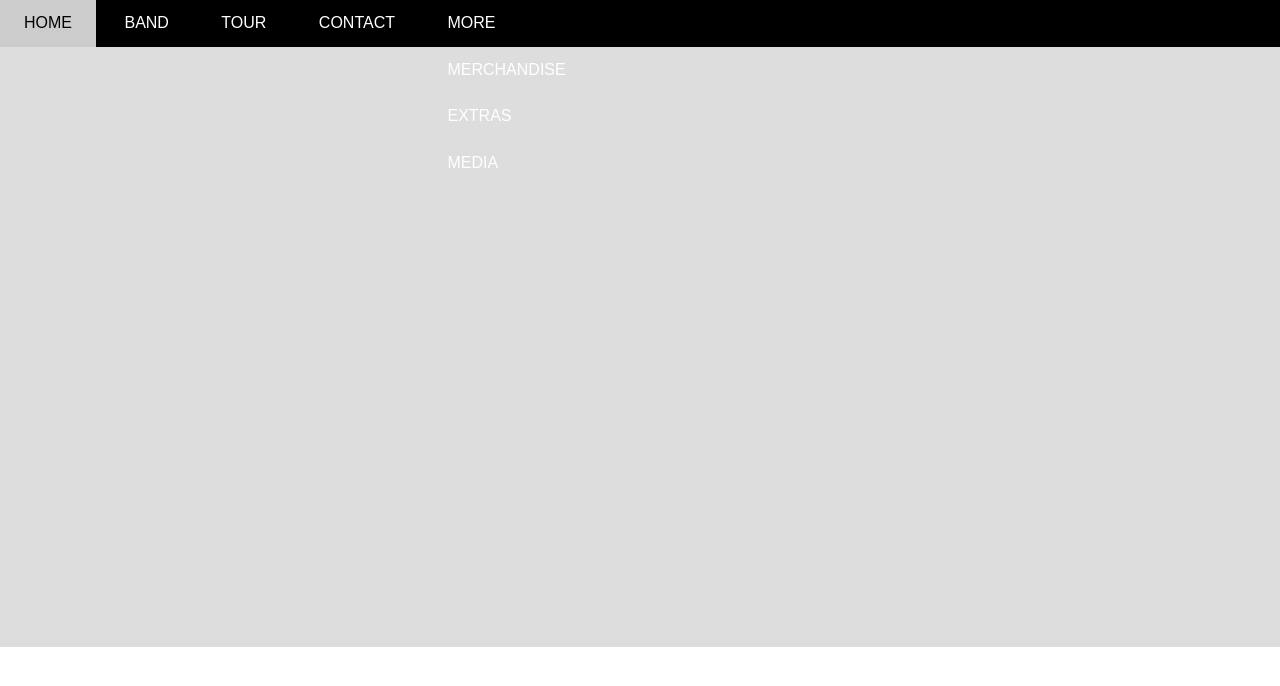
Repository: thanhsonnguyen-gif/f8-learn
Page: index.html
The author's editor kept a copy of each file at every save. The page is drawn from the files as they stood at one save, then again after the next save.
The browser window is 1280 px wide. The pictures show the whole page.

Above is the page before, as saved 2022-06-23 10:54:03.

After the next save:
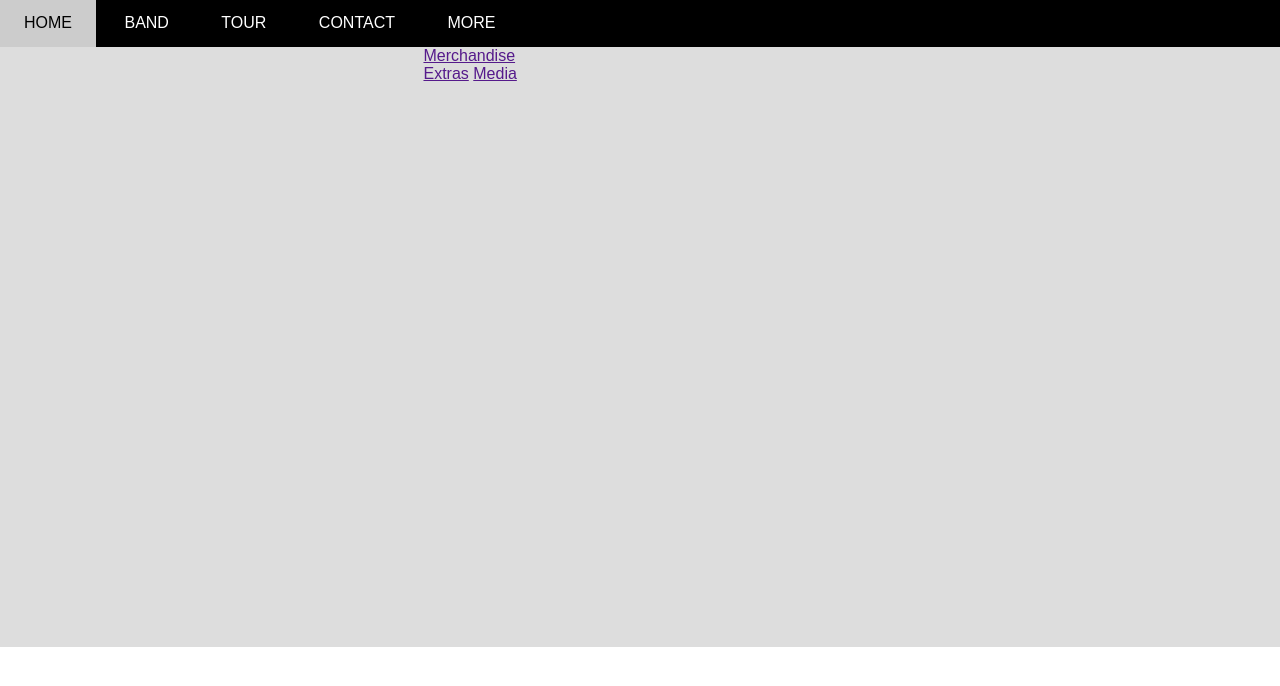
Saved 27 s later.
--- a/assets/css/style.css
+++ b/assets/css/style.css
@@ -19,7 +19,7 @@
     position: relative;
 }
 
-#nav li a {
+#nav > li > a {
     line-height: 46.5px;
     padding:0 24px;
     text-decoration: none;
